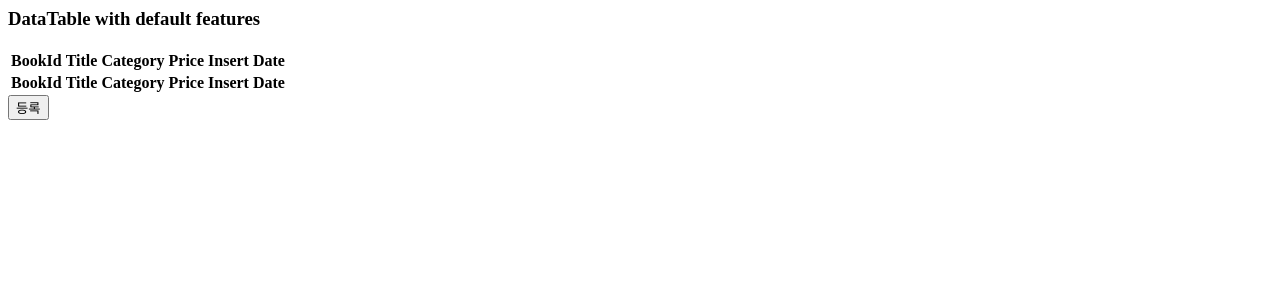
Repository: loy18/SPRING
Page: http://localhost/egovProj/WEB-INF/views/book/list.jsp
These files come from the project's save history. The page is drawn as it stood at one moment and after a run of saves; the edit follows.
The browser window is 1280 px wide. The pictures show the whole page.
The page is served by Tomcat 9. Nobody is signed in. The template is opened directly, without the code that normally fills it, so the values that code supplies are empty.

Above is the page before, as saved 2022-11-14 06:28:26.

After the next 2 saves:
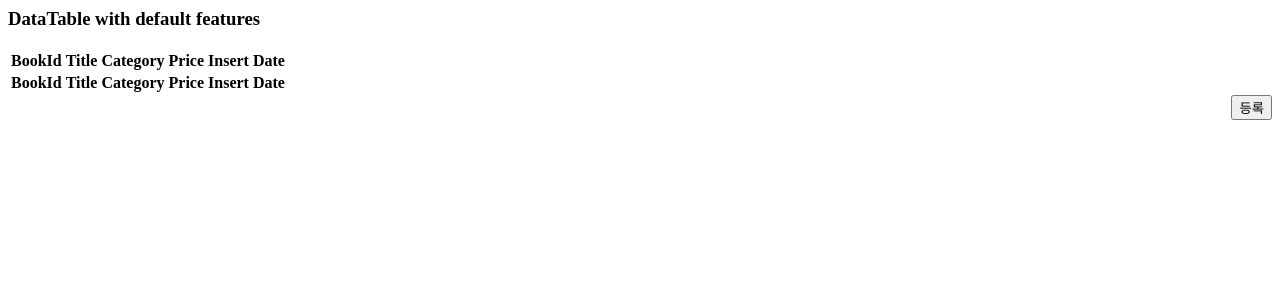
The 2 saves are shown as one change because they came seconds apart.
The last was saved 19 s later.
--- a/egovProj/src/main/webapp/WEB-INF/views/book/list.jsp
+++ b/egovProj/src/main/webapp/WEB-INF/views/book/list.jsp
@@ -57,8 +57,9 @@
 							</tr>
 						</tfoot>
 					</table>
-						<button style="text-align:right;" type="button" class="btn btn-primary bt-sm">등록 </button>
-
+					<div style="text-align:right;">
+						<button  type="button" class="btn btn-primary bt-sm">등록 </button>
+						</div>
 				</div>
 			</div>
 		</div>
